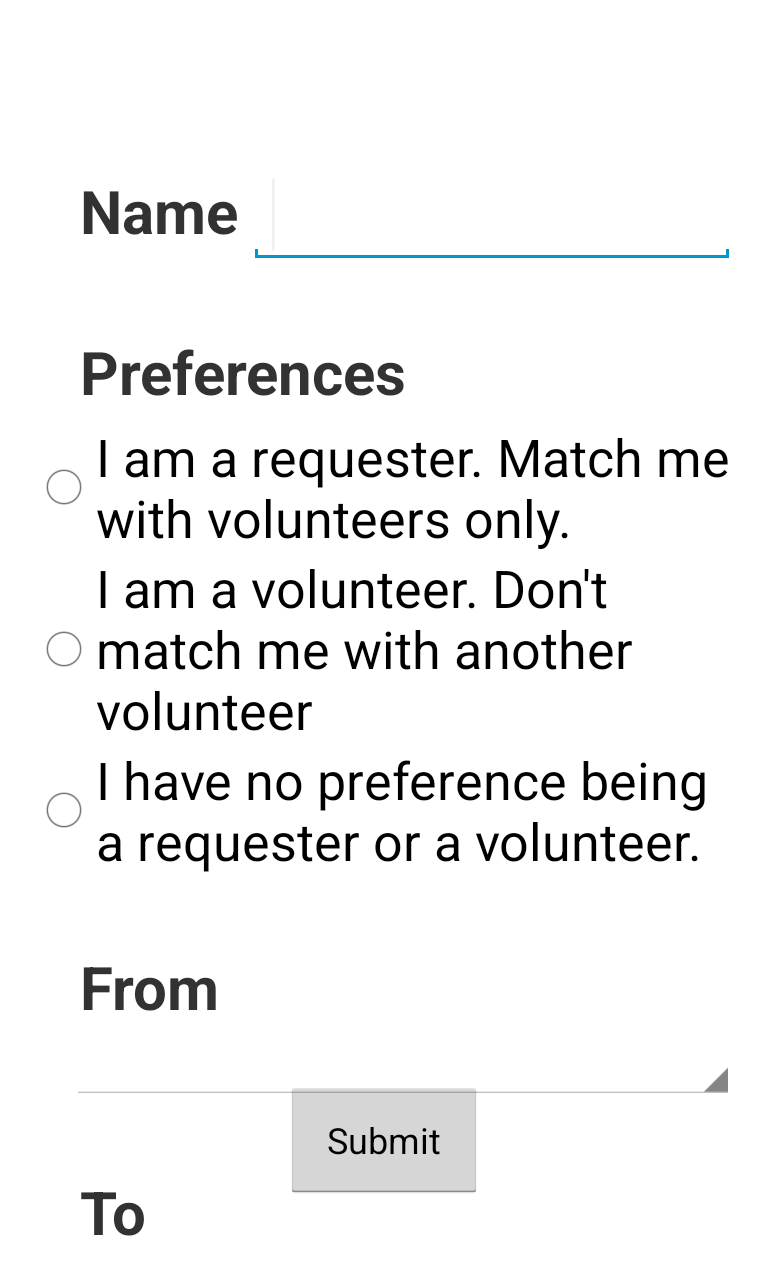
Repository: rwillmot/CS180-SafeWalk-Phase2
Layout: SafeWalkAndroidClient/res/layout/client_fragment_layout.xml
The author's editor kept a copy of each file at every save. The layout is drawn from the files as they stood at one save, then again after the next save.
It is drawn on a 768 x 1280 px phone screen (xhdpi) without system bars, with theme AppTheme; the app's code is not run.

Above is the layout before, as saved 2014-12-04 03:48:53.

### SafeWalkAndroidClient/res/layout/client_fragment_layout.xml
<RelativeLayout xmlns:android="http://schemas.android.com/apk/res/android"
    xmlns:tools="http://schemas.android.com/tools"
    android:layout_width="match_parent"
    android:layout_height="match_parent"
    android:paddingBottom="@dimen/activity_vertical_margin"
    android:paddingLeft="@dimen/activity_horizontal_margin"
    android:paddingRight="@dimen/activity_horizontal_margin"
    android:paddingTop="@dimen/activity_vertical_margin"
    tools:context="edu.purdue.rwillmo.MainActivity" >

    <!-- TODO your layout here -->

    <Button
        android:id="@+id/bu_submit"
        android:layout_width="wrap_content"
        android:layout_height="wrap_content"
        android:layout_alignParentBottom="true"
        android:layout_centerHorizontal="true"
        android:layout_marginBottom="24dp"
        android:enabled="true"
        android:gravity="center"
        android:minHeight="60dp"
        android:minWidth="100dp"
        android:onClick="onSubmit"
        android:padding="@dimen/padding"
        android:text="@string/submit" />

    <EditText
        android:id="@+id/tv_name"
        android:layout_width="wrap_content"
        android:layout_height="wrap_content"
        android:layout_alignBaseline="@+id/et_name"
        android:layout_alignBottom="@+id/et_name"
        android:layout_toRightOf="@+id/et_name"
        android:ems="10"
        android:inputType="text"
        android:text=""
        android:textSize="26sp" >

        <requestFocus />
    </EditText>

    <TextView
        android:id="@+id/et_name"
        android:layout_width="wrap_content"
        android:layout_height="wrap_content"
        android:layout_alignParentLeft="true"
        android:layout_alignParentTop="true"
        android:layout_marginLeft="19dp"
        android:layout_marginTop="64dp"
        android:padding="@dimen/padding"
        android:text="@string/name"
        android:textSize="30sp"
        android:textStyle="bold" />

    <RadioGroup

        android:id="@+id/radioGroup1"
        android:layout_width="fill_parent"
        android:layout_height="wrap_content"
        android:orientation="vertical"
        android:layout_below="@+id/et_preferences"
        android:textSize="30sp">



    <RadioButton
        android:id="@+id/radio_requester"
        android:layout_width="wrap_content"
        android:layout_height="wrap_content"
        android:layout_above="@+id/radio_volunteer"
        android:layout_alignLeft="@+id/radio_volunteer"
        android:onClick="onRadioButtonClicked"
        android:text="@string/requester"
        android:textSize="26sp" />
    <RadioButton
        android:id="@+id/radio_volunteer"
        android:layout_width="wrap_content"
        android:layout_height="wrap_content"
        android:layout_alignRight="@+id/tv_name"
        android:layout_centerVertical="true"
        android:layout_below="@+id/radio_requester"
        android:onClick="onRadioButtonClicked"
        android:text="I am a volunteer. Don&apos;t match me with another volunteer"
        android:textSize="26sp" />
    <RadioButton
        android:id="@+id/radio_neutral"
        android:layout_width="wrap_content"
        android:layout_height="wrap_content"
        android:layout_below="@+id/radio_volunteer"
        android:layout_alignLeft="@+id/radio_requester"
        android:onClick="onRadioButtonClicked"
        android:text="I have no preference being a requester or a volunteer."
        android:textSize="26sp"/>
</RadioGroup>

      <TextView
        android:id="@+id/et_preferences"
        android:layout_width="wrap_content"
        android:layout_height="wrap_content"
        android:layout_below="@+id/et_name"

        android:layout_marginLeft="19dp"
        android:layout_marginTop="30dp"
        android:padding="@dimen/padding"
        android:text="Preferences"
        android:textSize="30sp"
        android:textStyle="bold" />

      <TextView
        android:id="@+id/et_from"
        android:layout_width="wrap_content"
        android:layout_height="wrap_content"
        android:layout_below="@+id/radioGroup1"

        android:layout_marginLeft="19dp"
        android:layout_marginTop="30dp"
        android:padding="@dimen/padding"
        android:text="From"
        android:textSize="30sp"
        android:textStyle="bold" />

      <TextView
        android:id="@+id/et_to"
        android:layout_width="wrap_content"
        android:layout_height="wrap_content"
        android:layout_below="@+id/from_spinner"
        android:layout_marginLeft="19dp"
        android:layout_marginTop="30dp"
        android:padding="@dimen/padding"
        android:text="To"
        android:textSize="30sp"
        android:textStyle="bold" />

     <Spinner
         android:id="@+id/to_spinner"
         android:layout_width="fill_parent"
         android:layout_height="wrap_content"
         android:layout_alignLeft="@+id/et_to"
         android:layout_below="@+id/et_to"
         android:layout_marginBottom="10dp" />

     <Spinner
         android:id="@+id/from_spinner"
         android:layout_width="fill_parent"
         android:layout_height="wrap_content"
         android:layout_alignLeft="@+id/et_from"
         android:layout_below="@+id/et_from" />

</RelativeLayout>

### SafeWalkAndroidClient/res/values/styles.xml
<resources xmlns:android="http://schemas.android.com/apk/res/android">

    <!--
        Base application theme, dependent on API level. This theme is replaced
        by AppBaseTheme from res/values-vXX/styles.xml on newer devices.
    -->
    <style name="AppBaseTheme" parent="android:Theme.Light">
        <!--
            Theme customizations available in newer API levels can go in
            res/values-vXX/styles.xml, while customizations related to
            backward-compatibility can go here.
        -->
    </style>

    <!-- Application theme. -->
    <style name="AppTheme" parent="AppBaseTheme">

        <!-- All customizations that are NOT specific to a particular API-level can go here. -->
    </style>

    <style name="TitleBarText">
        <item name="android:layout_width">0dp</item>
        <item name="android:layout_height">fill_parent</item>
        <item name="android:layout_weight">1</item>
        <item name="android:gravity">center_vertical</item>
        <item name="android:textSize"> 17sp </item>
        <item name="android:paddingLeft">12dip</item>
        <item name="android:paddingRight">12dip</item>
        <item name="android:textColor">@color/white</item>
        <item name="android:singleLine">true</item>
        <item name="android:ellipsize">end</item>
    </style>

    <style name="ActionBarButton">
        <item name="android:layout_width">wrap_content</item>
        <item name="android:layout_height">wrap_content</item>
        <item name="android:background">@color/menu_button</item>
        <item name="android:textColor">@color/white</item>
        <item name="android:ellipsize">end</item>
        <item name="android:singleLine">true</item>
        <item name="android:textSize">@dimen/text_size_small</item>
    </style>

    <style name="MyActionBar" parent="@android:style/Widget.Holo.Light.ActionBar">
        <item name="android:background">@color/action_bar</item>
    </style>

</resources>

### SafeWalkAndroidClient/res/values/dimens.xml
<resources>

    <!-- Default screen margins, per the Android Design guidelines. -->
    <dimen name="activity_horizontal_margin">16dp</dimen>
    <dimen name="activity_vertical_margin">16dp</dimen>
    <dimen name="padding">5dp</dimen>
    <dimen name="title_size">28sp</dimen>
    <dimen name="text_size_medium">24sp</dimen>
    <dimen name="text_size_small">20sp</dimen>
    <dimen name="margin_bigline">20dp</dimen>
    <dimen name="min_button_width">100dp</dimen>
    <dimen name="margin_top">50dp</dimen>
    <dimen name="margin_left">60dp</dimen>
    <dimen name="margin_right">60dp</dimen>

    <dimen name="margin_line">30dp</dimen>

</resources>

### SafeWalkAndroidClient/res/values/colors.xml
<resources>

    <!-- Default screen margins, per the Android Design guidelines. -->
    <color name="white">#FFFFFFFF</color>
    <color name="light_grey">#FFD8D9DF</color>
    <color name="dark_grey">#FF595C6E</color>
    <color name="salmon">#FFFFA239</color>
    <color name="submit">#FFAD5700</color>
    <color name="action_bar">#991B1969</color>
    <color name="menu_button">#FF545385</color>
</resources>

### SafeWalkAndroidClient/res/values/strings.xml
<?xml version="1.0" encoding="utf-8"?>
<resources>
    <string name="app_name">SafeWalk</string>
    <string name="server">Server</string>
    <string name="client">Client</string>
    <string name="submit">Submit</string>
    <string name="match">Match</string>
    <string name="start_over">Start Over</string>
    <string name="default_host">10.0.2.2</string>
    <string name="default_port">8888</string>
    <string name="default_command">:FAKE_COMMAND</string>
    <string name="host">Host</string>
    <string name="port">Port</string>
    <string name="name">Name</string>
    <string name="requester">I am a requester. Match me with volunteers only.</string>
</resources>

Loaded but not shown: SafeWalkAndroidClient/res/values-v11/styles.xml (common file); SafeWalkAndroidClient/res/values-v14/styles.xml (common file); SafeWalkAndroidClient/res/values-w820dp/dimens.xml (common file)

After the next save:
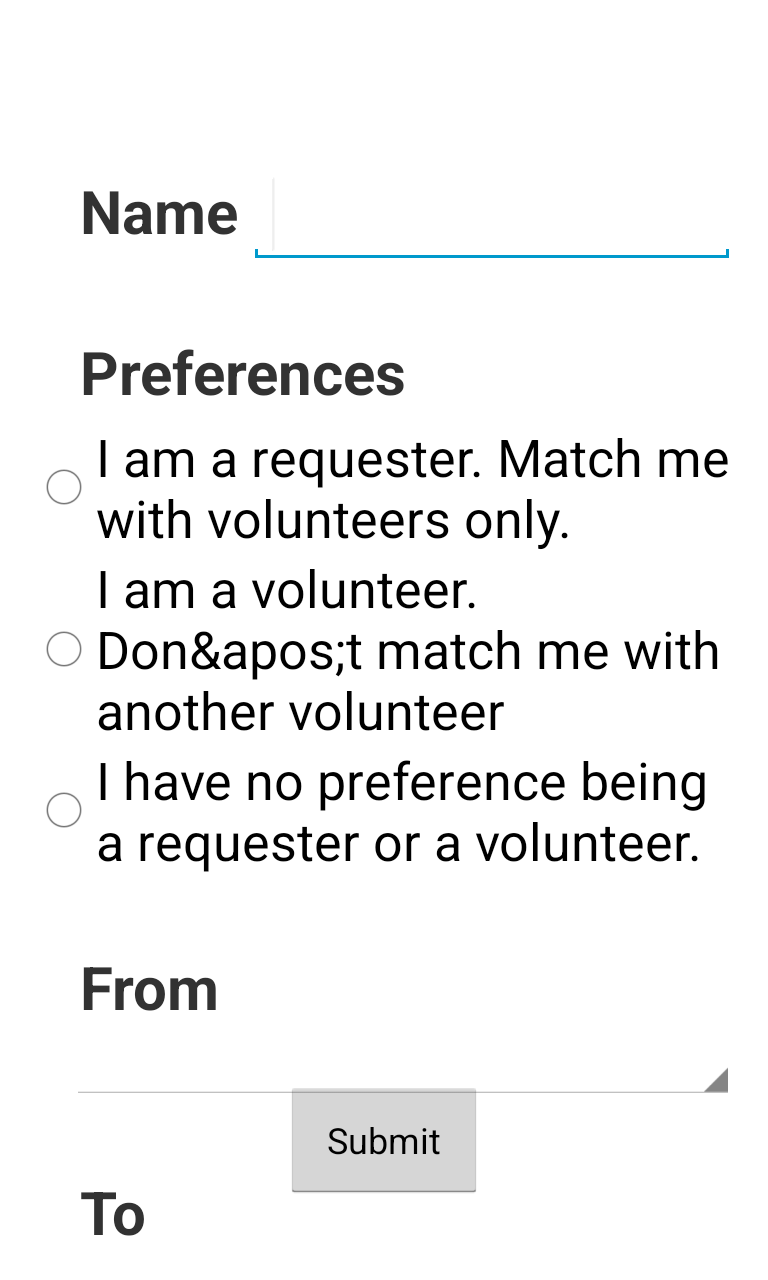
Saved 22 s later.
--- a/SafeWalkAndroidClient/res/layout/client_fragment_layout.xml
+++ b/SafeWalkAndroidClient/res/layout/client_fragment_layout.xml
@@ -81,7 +81,7 @@
         android:layout_centerVertical="true"
         android:layout_below="@+id/radio_requester"
         android:onClick="onRadioButtonClicked"
-        android:text="I am a volunteer. Don&apos;t match me with another volunteer"
+        android:text="@string/volunteer"
         android:textSize="26sp" />
     <RadioButton
         android:id="@+id/radio_neutral"
--- a/SafeWalkAndroidClient/res/values/strings.xml
+++ b/SafeWalkAndroidClient/res/values/strings.xml
@@ -13,4 +13,5 @@
     <string name="port">Port</string>
     <string name="name">Name</string>
     <string name="requester">I am a requester. Match me with volunteers only.</string>
+    <string name="volunteer">I am a volunteer. Don&amp;apos;t match me with another volunteer</string>
 </resources>
